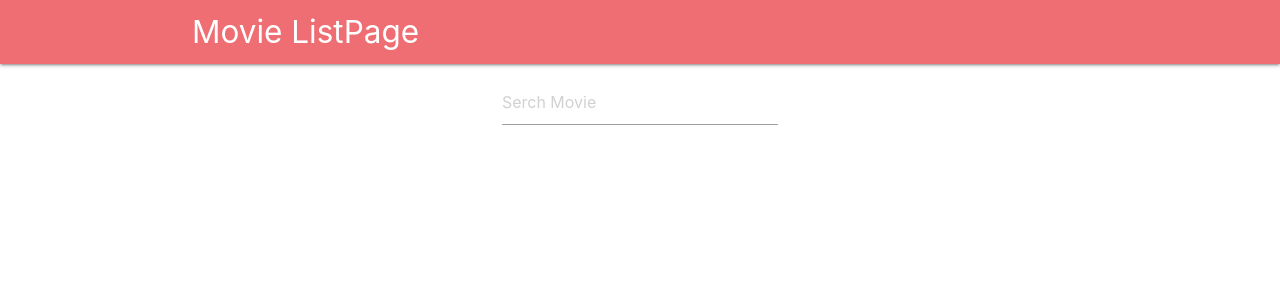
Repository: Reiya-1003/React-Ts-Node-App
Page: /
The author's editor kept a copy of each file at every save. The page is drawn from the files as they stood at one save, then again after the next save.
The browser window is 1280 px wide. The pictures show the whole page.
The project was rebuilt for these pictures with package versions that can differ from the ones it lists, and the page was loaded fresh each time.

Above is the page before, as saved 2021-11-15 15:08:56.

After the next save:
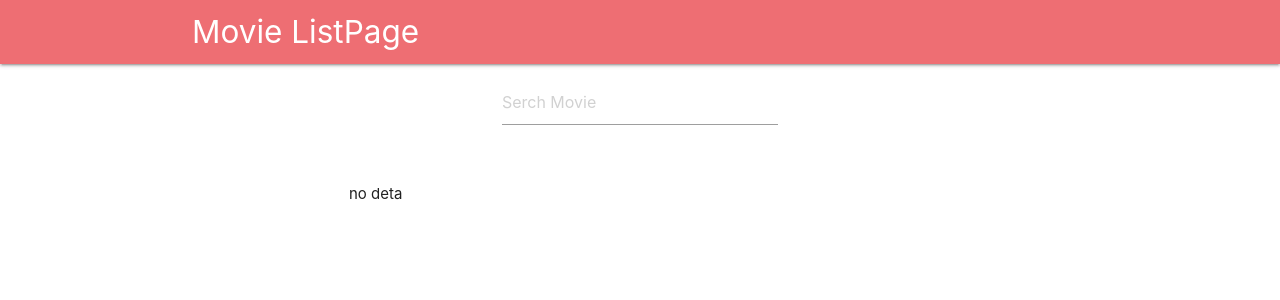
Saved 89 s later.
--- a/src/components/Searthbox.tsx
+++ b/src/components/Searthbox.tsx
@@ -56,6 +56,26 @@
           </form>
         </section>
       </div>
+
+      <div className="container">
+        <div className="row">
+          <div className="col s12">
+            <div className="col s12 m6 l3">
+              {Movie.length === 0 ? (
+                <p>no deta</p>
+              ) : (
+                movies.map((list: any, i: any) => {
+                  return <p key={i}>{list.title}</p>;
+                })
+              )}
+
+              <div className="card">
+                <div className="card-image waves-effect waves-block waveslight"></div>
+              </div>
+            </div>
+          </div>
+        </div>
+      </div>
     </div>
   );
 };
